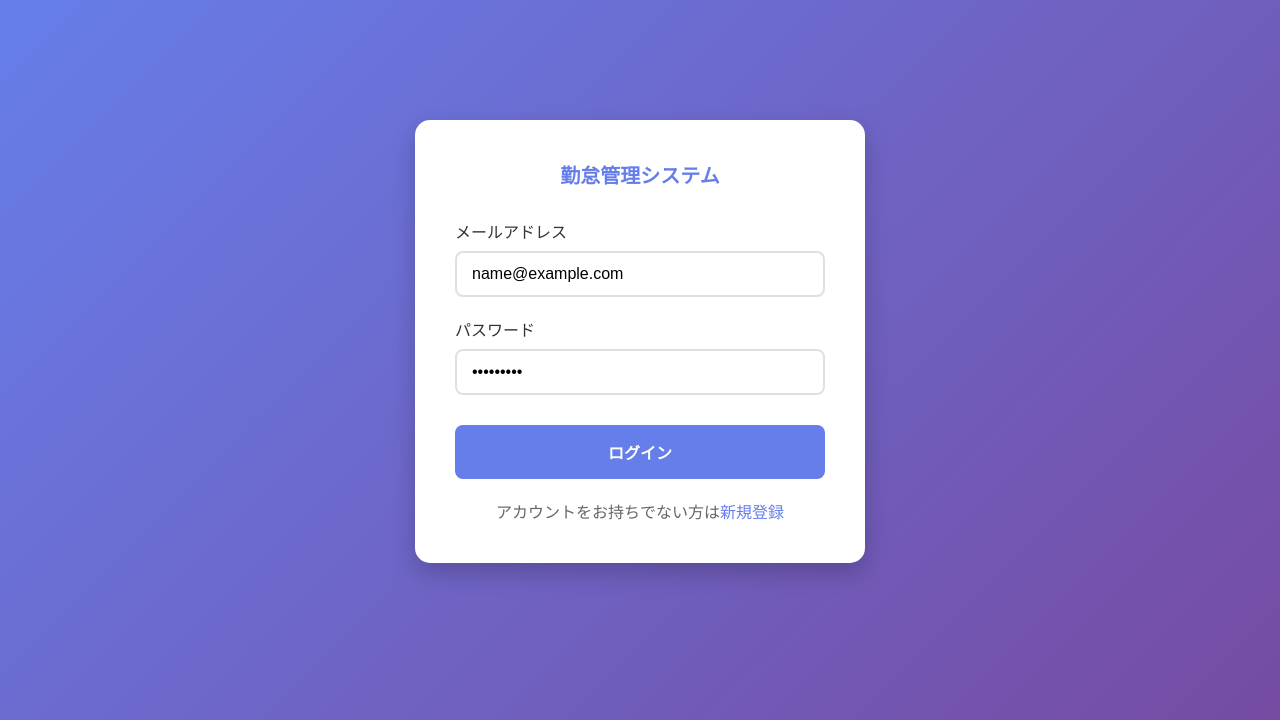
Repository: 04bit/WEB_HCJ
Page: index.html
The author's editor kept a copy of each file at every save. The page is drawn from the files as they stood at one save, then again after the next save.
The browser window is 1280 px wide. The pictures show the whole page.
Empty fields were first filled with sample values (such as "Sample", 5 or name@example.com).
After loading, the first visible `#showRegister` was clicked once.

Above is the page before, as saved 2025-11-25 16:56:15.
Console error: ReferenceError: showScreen is not defined

### index.html
<!DOCTYPE html>
<html lang="ja">

<head>
    <meta charset="UTF-8">
    <meta name="viewport" content="width=device-width, initial-scale=1.0">
    <title>勤怠管理システム</title>
    <link rel="stylesheet" href="style.css">
    <script src="main.js" defer></script>
</head>

<body>
    <!-- ログイン画面 -->
    <div id="loginScreen" class="auth-container">
        <h1>勤怠管理システム</h1>
        <div id="loginError" class="error-message"></div>
        <form id="loginForm">
            <div class="form-group">
                <label>メールアドレス</label>
                <input type="email" id="loginEmail" title="loginEmail" required>
            </div>
            <div class="form-group">
                <label>パスワード</label>
                <input type="password" id="loginPassword" title="loginPassword" required>
            </div>
            <button type="submit" class="btn btn-primary">ログイン</button>
        </form>
        <div class="switch-form">
            アカウントをお持ちでない方は<a id="showRegister">新規登録</a>
        </div>
    </div>
    <!-- 新規登録画面 -->
    <div id="registerScreen" class="auth-container hidden">
        <h1>新規登録</h1>
        <div id="registerError" class="error-message"></div>
        <div id="registerSuccess" class="success-message"></div>
        <form id="registerForm">
            <div class="form-group">
                <label>氏名</label>
                <input type="text" id="registerName" title="registerName" required>
            </div>
            <div class="form-group">
                <label>メールアドレス</label>
                <input type="email" id="registerEmail" title="registerEmail" required>
            </div>
            <div class="form-group">
                <label>パスワード</label>
                <input type="password" id="registerPassword" title="registerPassword" required minlength="6">
            </div>
            <div class="form-group">
                <label>パスワード（確認）</label>
                <input type="password" id="registerPasswordConfirm" title="registerPasswordConfirm" required>
            </div>
            <button type="submit" class="btn btn-primary">登録</button>
        </form>
        <div class="switch-form">
            すでにアカウントをお持ちの方は<a id="showLogin">ログイン</a>
        </div>
    </div>
</body>

</html>

### style.css
@charset "UTF-8";

* {
    margin: 0;
    padding: 0;
    box-sizing: border-box;
}

body {
    font-family: 'Segoe UI' sans-serif;
    background: linear-gradient(135deg, #667eea 0%, #764ba2 100%);
    min-height: 100vh;
    padding: 20px;
}

.auth-container {
    max-width: 450px;
    margin: 100px auto;
    background: white;
    padding: 40px;
    border-radius: 15px;
    box-shadow: 0 10px 25px rgba(0,0,0,0.2);
}

.auth-container h1 {
    color: #667eea;
    text-align: center;
    margin-bottom: 30px;
    font-size: 20px;
}

.form-group {
    margin-bottom: 20px;
}

.form-group label {
    display: block;
    margin-bottom: 8px;
    color: #333;
    font-weight: 500;
}

.form-group input {
    width: 100%;
    padding: 12px 15px;
    border: 2px solid #e0e0e0;
    border-radius: 8px;
    font-size: 16px;
    transition: border 0.3s;
}

.form-group input:focus {
    outline: none;
    border-color: #667eea;
}

.btn {
    width: 100%;
    padding: 15px;
    border: none;
    border-radius: 8px;
    font-size: 16px;
    font-weight: bold;
    cursor: pointer;
    transition: all 0.3s;
    margin-top: 10px;
}

.btn-primary {
    background: #667eea;
    color: white;
}

.btn-primary:hover {
    background: #5568d3;
    transform: translateY(-2px);
}

.switch-form {
    text-align: center;
    margin-top: 20px;
    color: #666;
}

.switch-form a {
    color: #667eea;
    cursor: pointer;
    text-decoration: none;
}

.hidden {
    display: none !important;
}

### main.js

function showSuccess(elementId, message) {
    const el = document.getElementById(elementId);
    el.textContent = message;
    el.style.display = 'block';
    setTimeout(() => el.style.display = 'none', 3000);
}

document.getElementById('showRegister').onclick = () => showScreen('registerScreen');
document.getElementById('showLogin').onclick = () => showScreen('loginScreen');

After the next save:
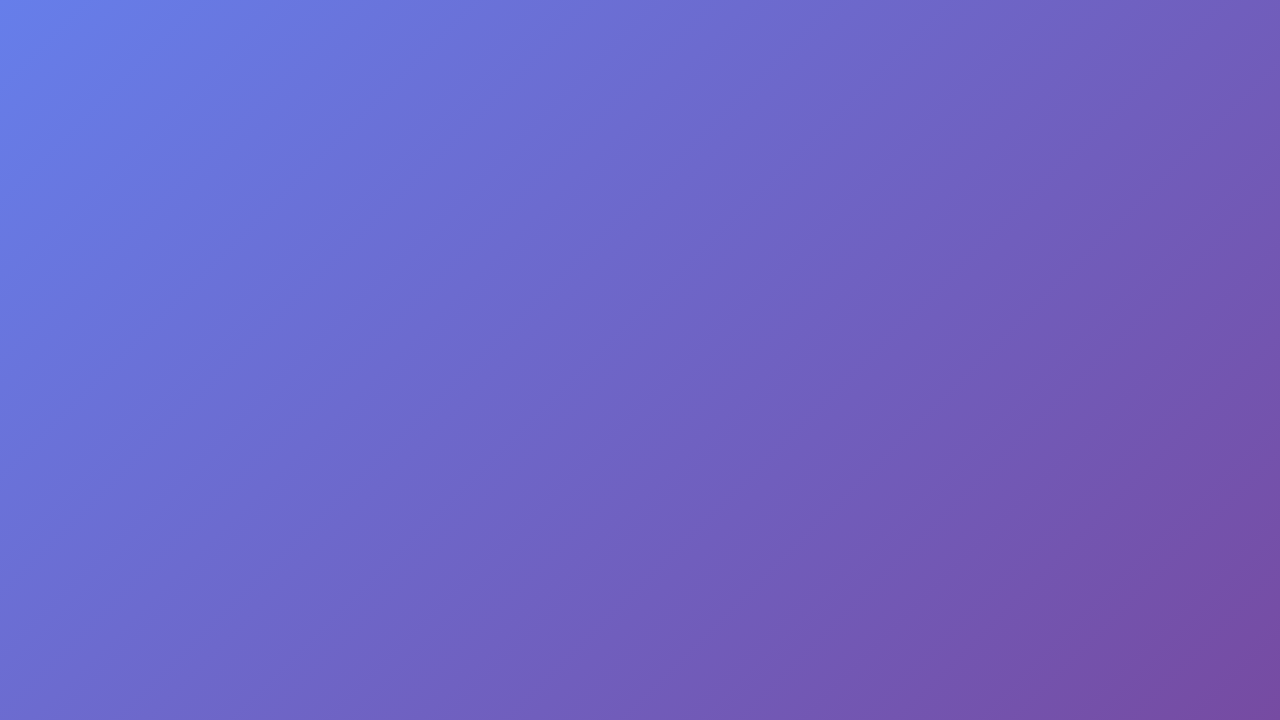
Console error: TypeError: Cannot read properties of null (reading 'classList')
Saved 2 min 8 s later.
--- a/main.js
+++ b/main.js
@@ -1,3 +1,10 @@
+
+function showScreen(screen) {
+    ['loginScreen', 'registerScreen', 'appScreen'].forEach(s => {
+        document.getElementById(s).classList.add('hidden');
+    });
+    document.getElementById(screen).classList.remove('hidden');
+}
 
 function showSuccess(elementId, message) {
     const el = document.getElementById(elementId);
